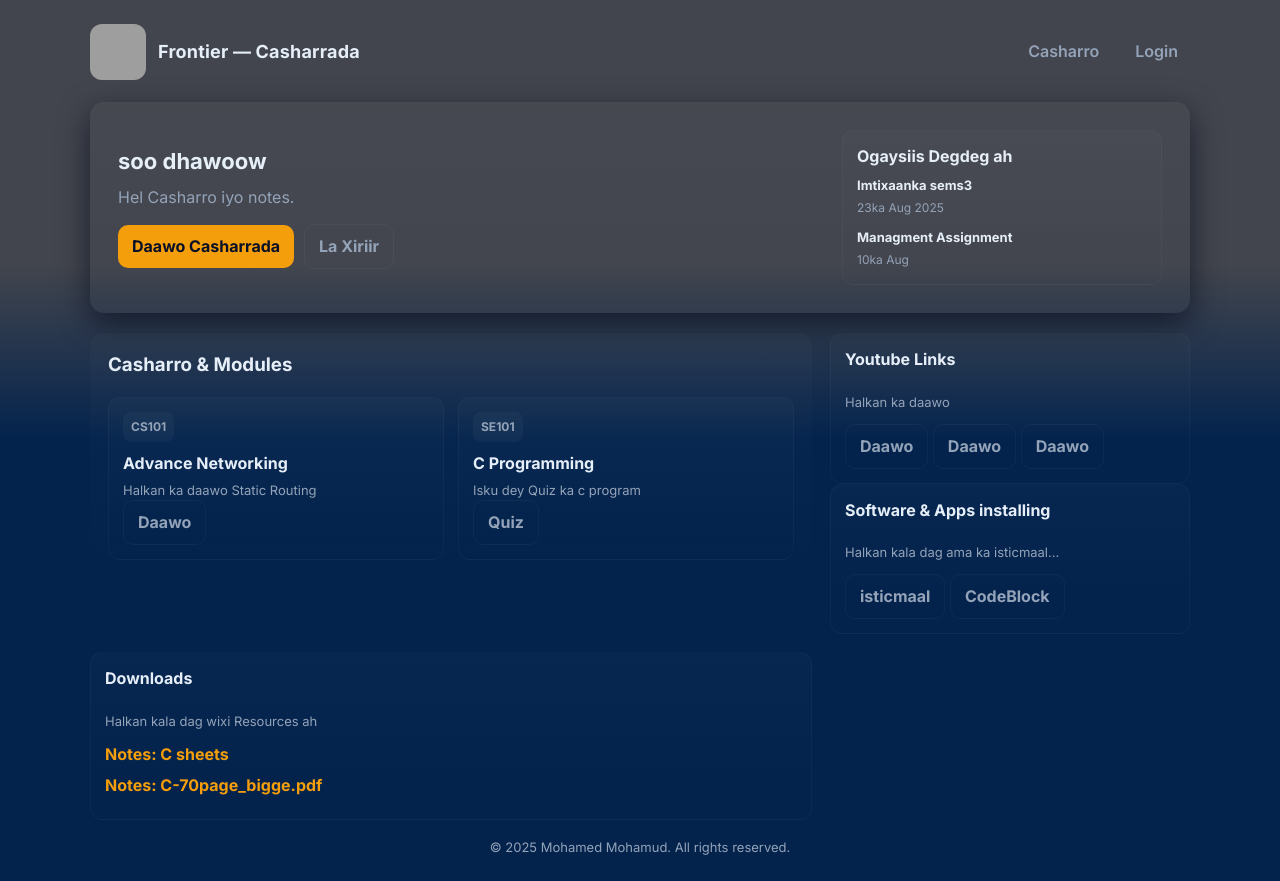
Repository: mrfiiqane/Al-Tacaawun.com
Page: index.html
The author's editor kept a copy of each file at every save. The page is drawn from the files as they stood at one save, then again after the next save.
The browser window is 1280 px wide. The pictures show the whole page.
Pictures or frames that could not be fetched are drawn as grey boxes.

Above is the page before, as saved 2025-08-12 08:51:20.

After the next save:
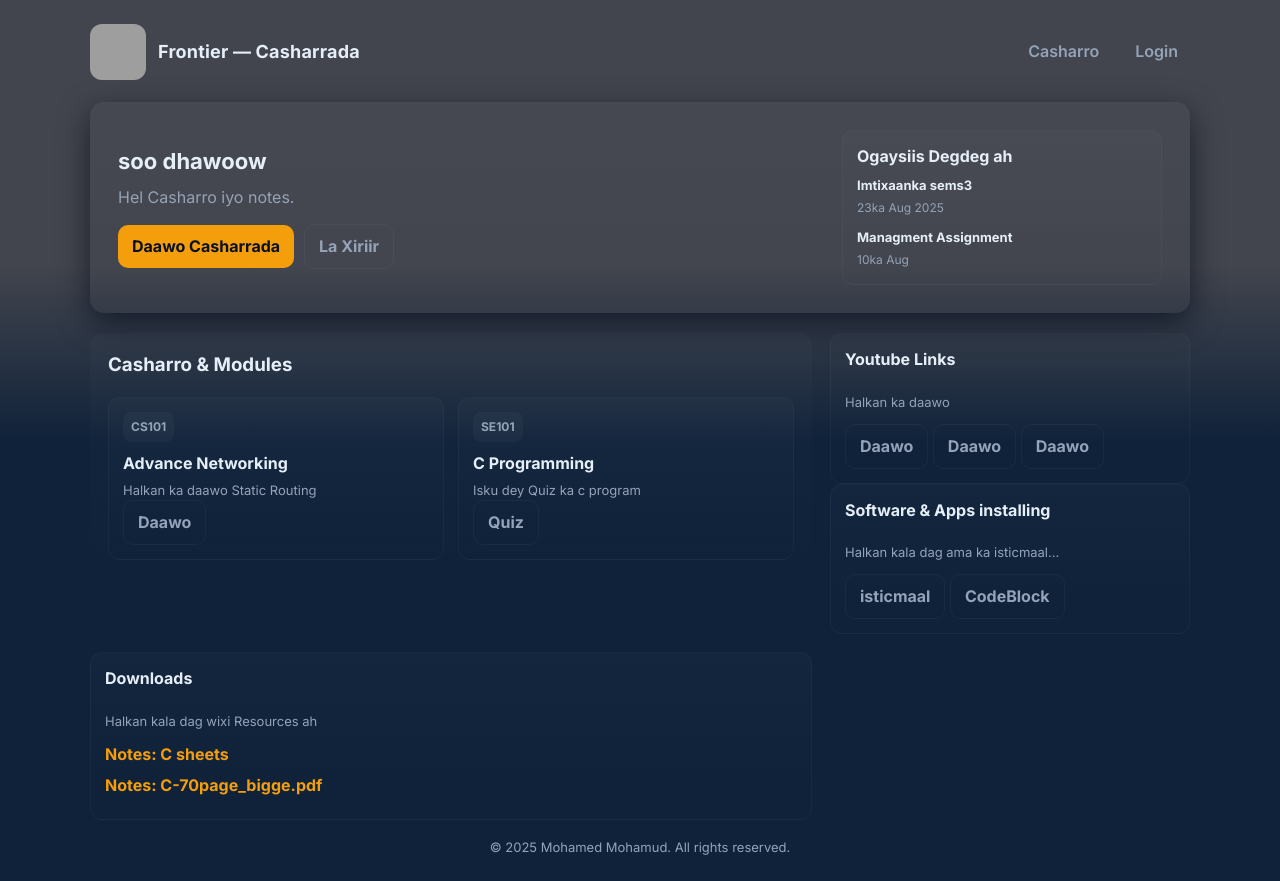
Saved 4 s later.
--- a/style.css
+++ b/style.css
@@ -15,7 +15,7 @@
     }
     body{
       margin:0;
-      background: linear-gradient(180deg,#42454d 30%, #03234d 50%);
+      background: linear-gradient(180deg,#42454d 30%, #10223a 50%);
       color:#e6eef8;
       -webkit-font-smoothing:antialiased;
       -moz-osx-font-smoothing:grayscale;
